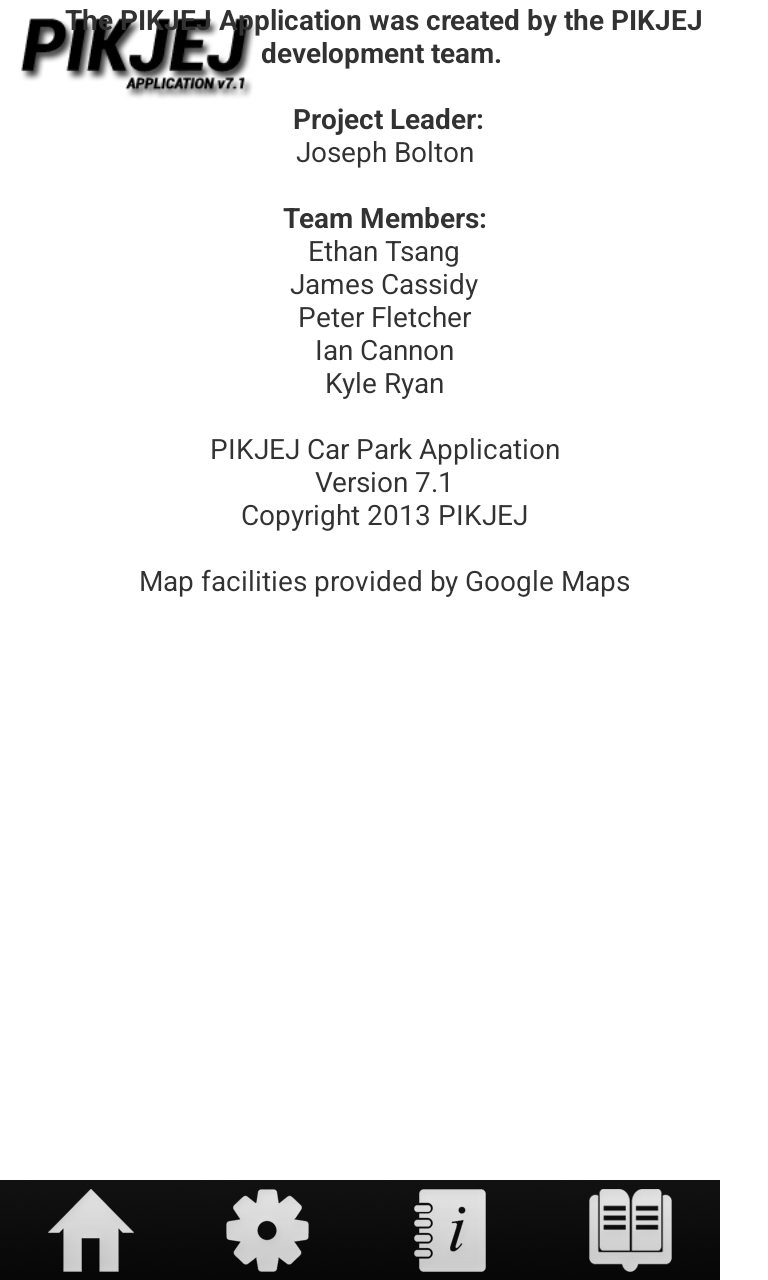
Repository: jo3bolton/PIKJEJ
Layout: PIKJEJ v7/PIKJEJ/res/layout/activity_about.xml
These files come from the project's save history. The layout is drawn as it stood at one moment and after the next save; the edit follows.
It is drawn on a 768 x 1280 px phone screen (xhdpi) without system bars, with theme AppTheme; the app's code is not run.

Above is the layout before, as saved 2013-03-23 14:02:27.

### PIKJEJ v7/PIKJEJ/res/layout/activity_about.xml
<RelativeLayout xmlns:android="http://schemas.android.com/apk/res/android"
    xmlns:tools="http://schemas.android.com/tools"
    android:layout_width="match_parent"
    android:layout_height="match_parent"
    android:screenOrientation="portrait"
    tools:context=".About" >

    <ImageButton
        android:id="@+id/home"
        android:layout_width="wrap_content"
        android:layout_height="wrap_content"
        android:layout_alignParentBottom="true"
        android:layout_alignParentLeft="true"
        android:background="@drawable/ic_tab_home_unselected"
        android:onClick="Home" />

    <ImageButton
        android:id="@+id/settings"
        android:layout_width="wrap_content"
        android:layout_height="wrap_content"
        android:layout_alignParentBottom="true"
        android:layout_toRightOf="@+id/home"
        android:background="@drawable/ic_tab_settings_unselected"
        android:onClick="Settings" />

    <ImageButton
        android:id="@+id/about"
        android:layout_width="wrap_content"
        android:layout_height="wrap_content"
        android:layout_alignParentBottom="true"
        android:layout_toRightOf="@+id/settings"
        android:background="@drawable/ic_tab_about_unselected"
        android:onClick="About" />

    <ImageButton
        android:id="@+id/userguide"
        android:layout_width="wrap_content"
        android:layout_height="wrap_content"
        android:layout_alignParentBottom="true"
        android:layout_toRightOf="@+id/about"
        android:background="@drawable/ic_tab_userguide_unselected"
        android:onClick="Userguide" />
<ImageView
    android:id="@+id/imageView1"
    android:layout_width="wrap_content"
    android:layout_height="wrap_content"
	android:layout_alignTop="@+id/ScrollView1"
    android:src="@drawable/img_pikjej_about" />

<ScrollView
    android:id="@+id/ScrollView1"
    android:layout_width="wrap_content"
    android:layout_height="wrap_content"
    android:layout_alignParentLeft="true"
    android:layout_alignParentRight="true"
 >
    <TextView
        android:id="@+id/textView1"
        android:layout_width="wrap_content"
        android:layout_height="match_parent"
        android:gravity="center"
        android:scrollbars="vertical"
        android:text="@string/page_about" />

</ScrollView>


</RelativeLayout>

### PIKJEJ v7/PIKJEJ/res/values/strings.xml
<?xml version="1.0" encoding="utf-8"?>
<resources>

    <string name="app_name">PIKJEJ</string>
    <string name="action_settings">Settings</string>
    <string name="hello_world">Hello world!</string>
    <string name="title_activity_about">About</string>
    <string name="title_activity_alt_travel">AltTravel</string>
    <string name="title_activity_userguide">Userguide</string>
    <string name="title_activity_schedule">Schedule</string>
    <string name="title_activity_settings">Settings</string>
    <string name="title_activity_predictor">Predictor</string>
    <string name="title_activity_terms">Terms</string>
    <string name="title_activity_splash">Splash</string>
    <string name="title_activity_home">Home</string>
    <string name="page_about"><b>The PIKJEJ Application was created by the PIKJEJ development team.</b> \n \n <b> Project Leader:</b> \n Joseph Bolton \n\n <b>Team Members:</b> \n Ethan Tsang \n James Cassidy \n Peter Fletcher \n Ian Cannon \n  Kyle Ryan \n\n PIKJEJ Car Park Application \n Version 7.1 \n Copyright 2013 PIKJEJ \n\n Map facilities provided by Google Maps \n\n </string>

</resources>

Loaded but not shown: PIKJEJ v7/PIKJEJ/res/values/styles.xml (common file); PIKJEJ v7/PIKJEJ/res/values-v11/styles.xml (common file); PIKJEJ v7/PIKJEJ/res/values-v14/styles.xml (common file)

After the next save:
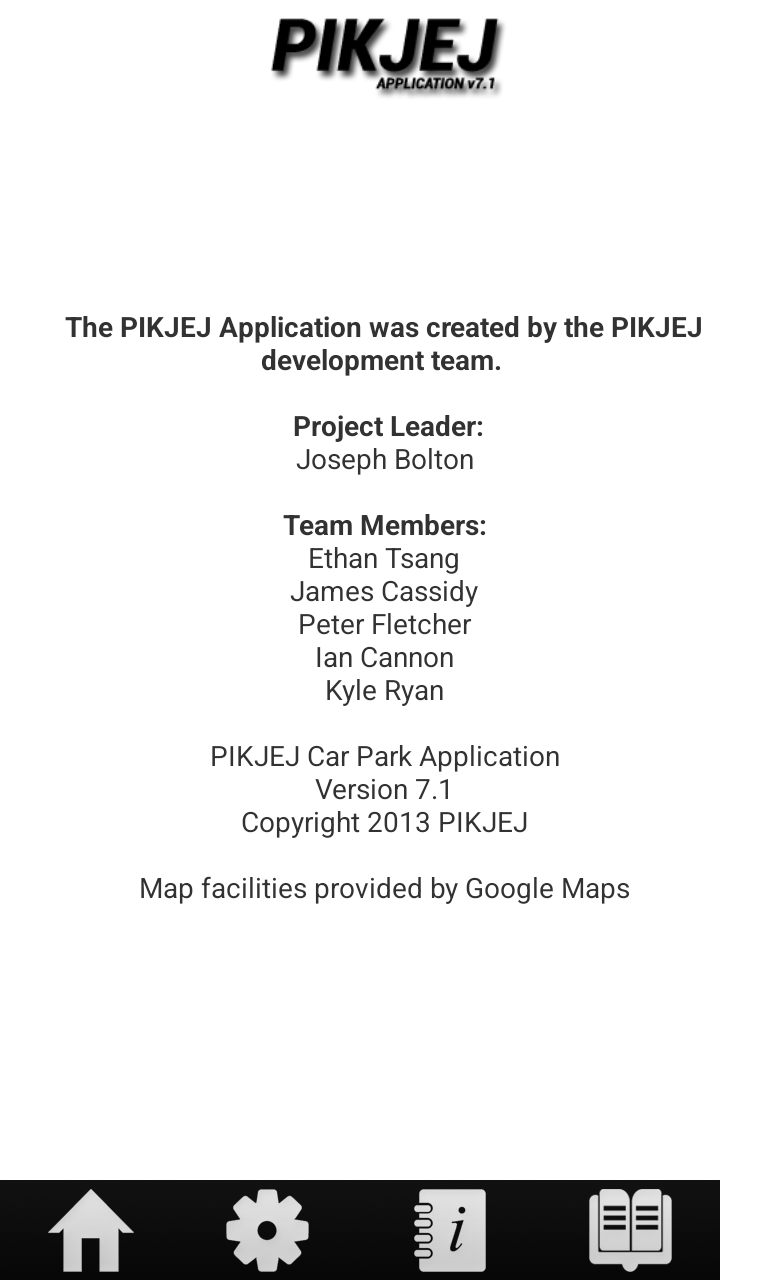
Saved 47 s later.
--- a/PIKJEJ v7/PIKJEJ/res/layout/activity_about.xml
+++ b/PIKJEJ v7/PIKJEJ/res/layout/activity_about.xml
@@ -40,29 +40,31 @@
         android:layout_toRightOf="@+id/about"
         android:background="@drawable/ic_tab_userguide_unselected"
         android:onClick="Userguide" />
-<ImageView
-    android:id="@+id/imageView1"
-    android:layout_width="wrap_content"
-    android:layout_height="wrap_content"
-	android:layout_alignTop="@+id/ScrollView1"
-    android:src="@drawable/img_pikjej_about" />
 
 <ScrollView
     android:id="@+id/ScrollView1"
     android:layout_width="wrap_content"
     android:layout_height="wrap_content"
     android:layout_alignParentLeft="true"
-    android:layout_alignParentRight="true"
- >
-    <TextView
-        android:id="@+id/textView1"
-        android:layout_width="wrap_content"
-        android:layout_height="match_parent"
-        android:gravity="center"
-        android:scrollbars="vertical"
-        android:text="@string/page_about" />
-
+    android:layout_alignParentTop="true" >
 </ScrollView>
 
+<ImageView
+    android:id="@+id/imageView1"
+    android:layout_width="wrap_content"
+    android:layout_height="wrap_content"
+    android:layout_alignParentTop="true"
+    android:layout_centerHorizontal="true"
+    android:src="@drawable/img_pikjej_about" />
+
+<TextView
+    android:id="@+id/textView1"
+    android:layout_width="wrap_content"
+    android:layout_height="match_parent"
+    android:layout_alignParentLeft="true"
+    android:layout_alignParentTop="true"
+    android:gravity="center"
+    android:scrollbars="vertical"
+    android:text="@string/page_about" />
 
 </RelativeLayout>
